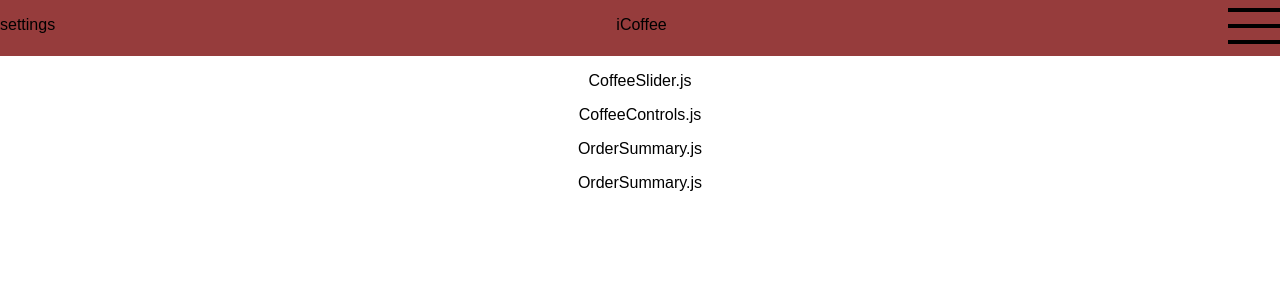
Repository: BG-Guy/CoffeeBuilder
Page: /
The author's editor kept a copy of each file at every save. The page is drawn from the files as they stood at one save, then again after the next save.
The browser window is 1280 px wide. The pictures show the whole page.
The project was rebuilt for these pictures with package versions that can differ from the ones it lists, and the page was loaded fresh each time.

Above is the page before, as saved 2020-08-15 12:11:20.

### src/App.js
import React from "react";
import CoffeeBuilder from "../src/Components/CoffeeBuilder/CoffeeBuilder";
import "./App.css";
import Navigation from "./Components/Navigation/Navigation";

const App = () => {
    return (
        <div className="App">
            <Navigation />
            <CoffeeBuilder />
            <p>OrderSummary.js</p>
        </div>
    );
};

export default App;

### src/Components/CoffeeBuilder/CoffeeBuilder.js
import React, { Component } from "react";

class CoffeeBuilder extends Component {
    constructor(props) {
        super(props);

        this.state = {
            ingredients: {
                sugar: 0,
                coffee: 0,
                water: 0,
                milk: 0,
            },
            totalPrice: 0,
            purchasing: false,
        };
    }

    render() {
        return (
            <div>
                <p>CoffeeSlider.js</p>
                <p>CoffeeControls.js</p>
                <p>OrderSummary.js</p>
            </div>
        );
    }
}

export default CoffeeBuilder;

### src/Components/Navigation/Navigation.js
import React from "react";
import Menu from "./Menu/Menu";
import Header from "./Header/Header";
import "./Navigation.css";

const Navigation = (props) => {
    return (
        <div className="Navigation">
            <p>settings</p>
            <Header />
            <Menu />
        </div>
    );
};

export default Navigation;

### src/Components/Navigation/Menu/Menu.js
import React from "react";
import Logo from "../Menu/icons8-menu-52.png";

const Menu = () => {
    return (
        <div>
            <img src={Logo} alt="" />
        </div>
    );
};

export default Menu;

### src/Components/Navigation/Header/Header.js
import React from "react";
import "./Header.css";

const Header = (props) => {
    return (
        <div>
            <p>iCoffee</p>
        </div>
    );
};

export default Header;

### src/Components/Navigation/Navigation.css
.Navigation {
    display: flex;
    justify-content: space-between;
    margin: 0px;
    background-color: #963c3c;
}

Loaded but not shown: public/index.html (common file); src/index.js (common file); src/index.css (common file); src/registerServiceWorker.js (common file); src/App.css (common file); src/Components/Navigation/Header/Header.css (no stored copy; drawn as an empty file)

After the next save:
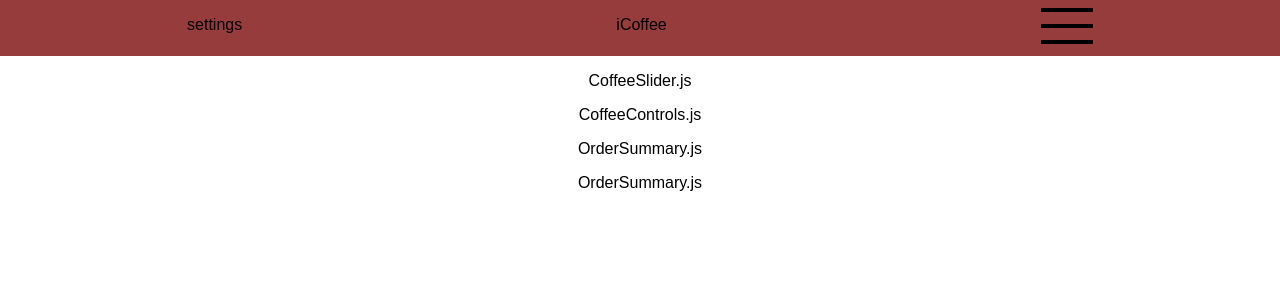
Saved 55 s later.
--- a/src/Components/Navigation/Navigation.css
+++ b/src/Components/Navigation/Navigation.css
@@ -1,6 +1,6 @@
 .Navigation {
     display: flex;
-    justify-content: space-between;
+    justify-content: space-around;
     margin: 0px;
     background-color: #963c3c;
 }

After the save that followed:
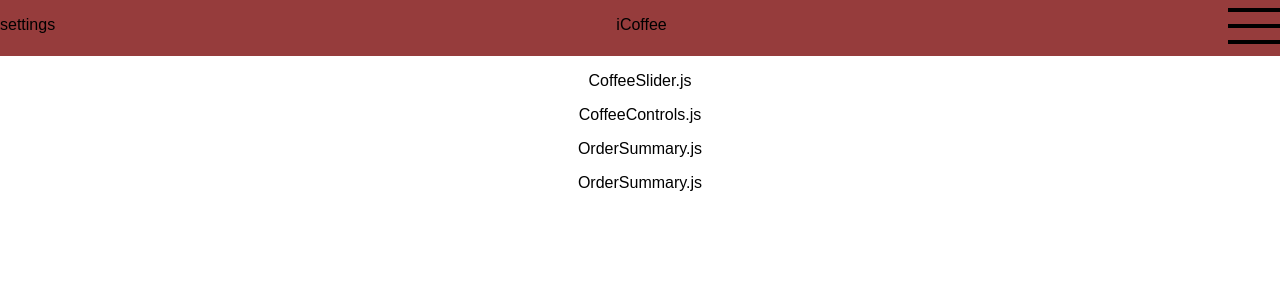
Saved 13 s later.
--- a/src/Components/Navigation/Navigation.css
+++ b/src/Components/Navigation/Navigation.css
@@ -1,6 +1,6 @@
 .Navigation {
     display: flex;
-    justify-content: space-around;
+    justify-content: space-between;
     margin: 0px;
     background-color: #963c3c;
 }
